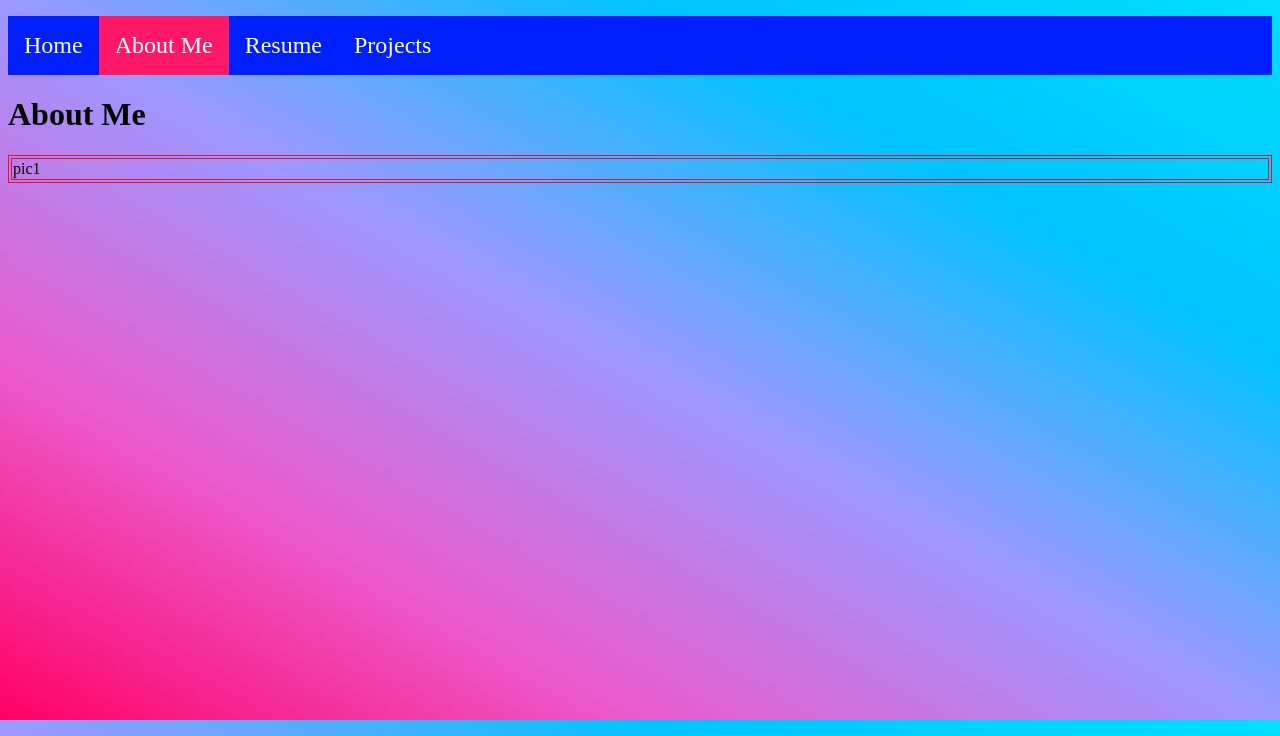
Repository: Zatarain10/Zatarain10.github.io
Page: aboutme.html
The author's editor kept a record of every edit. The page is drawn from the files as they stood at one moment, then again after the next edit.
The browser window is 1280 px wide. The pictures show the whole page.

Above is the page before.

### aboutme.html
<!DOCTYPE html>
<html>
    <head>
    <title>About Me</title>
    <link rel="stylesheet" type="text/css" href="style.css">

    </head>
    <body>
        <ul class="navbar">
            <li><a href="/index.html">Home</a></li>
            <li class="active"><a href="aboutme.html">About Me</a></li>
            <li><a href="resume.html">Resume</a></li>
            <li class="dropdown">
                <div>Projects</div>
                <ul class="dropdown-content">
                    <li><a href="project1.html">Project 1</a></li>
                    <li><a href="project2.html">Project 2</a></li>
                    <li><a href="project3.html">Project 3</a></li>
                </ul>
            </li>
        </ul>

        <h1>About Me</h1>

        <table border="1"; bordercolor="crimson"; width="100%">
            <tr>
                <td>pic1</th>
            </tr>
        </table>
    </body>
</html>

### style.css
        .navbar{
            list-style:none;
            background-color: #001fff;
            overflow:hidden;
            padding:0;
        }

        .navbar a, .dropdown div{
            text-decoration:none;
            color: white;
            font-size: 24px;
            padding: 16px;
            display:inline-block;
        }

        .navbar li{
            float:left;
        }

        .navbar li:hover{
            background-color:Cyan;
        }

        .dropdown-content{
            list-style:none;
            padding: 0;
            display:none;
            position:absolute;
            z-index:1;
            background-color: #001fff;
        }

        .dropdown-content li{
            float:none;
        }

        .dropdown:hover .dropdown-content{
            display:block;
        }

        .active{
            background-color: #ff1768;
        }

        html{
            height: 100%;
        }

        body{
            height: 100%;
            background-repeat: no-repeat;
            background-attachment: fixed;
            background: linear-gradient(to right top, #ff0064, #eb5acc, #9c98ff, #00c3ff, #00deff);
        }

After the next edit:
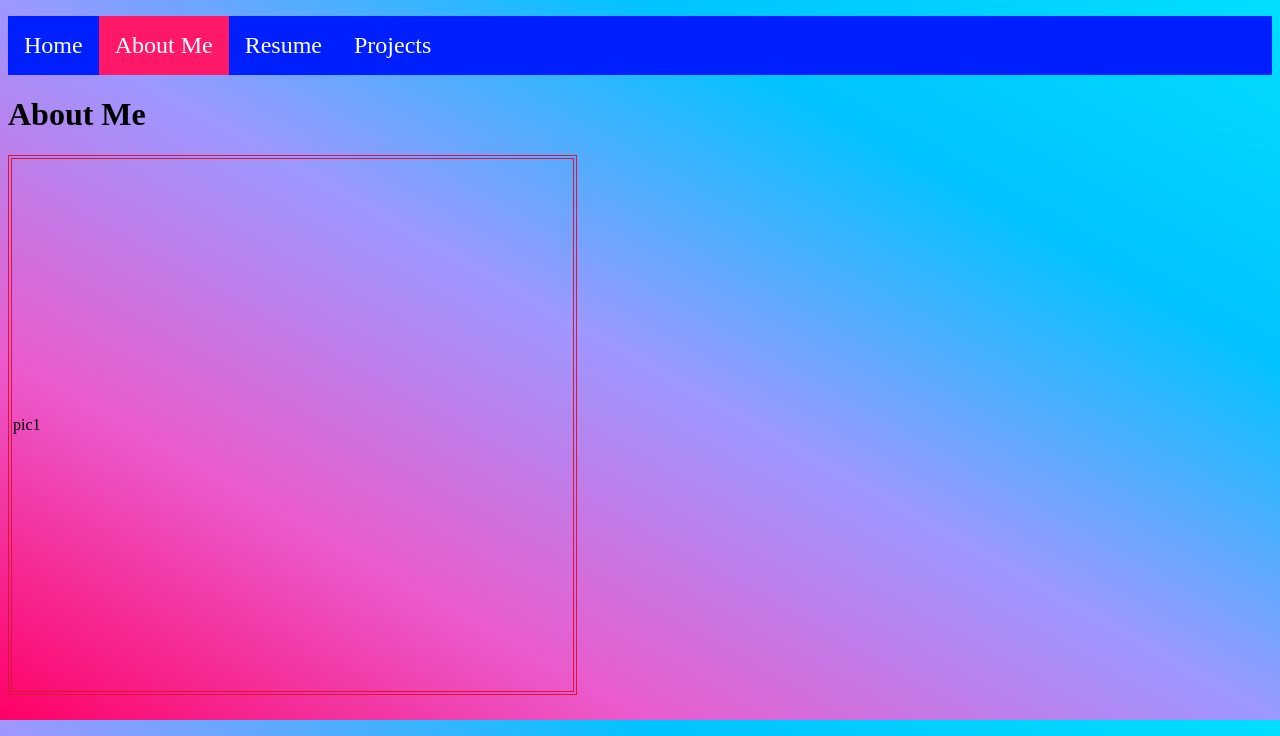
The edit:
--- a/aboutme.html
+++ b/aboutme.html
@@ -22,7 +22,7 @@
 
         <h1>About Me</h1>
 
-        <table border="1"; bordercolor="crimson"; width="100%">
+        <table border="1"; bordercolor="crimson"; width="45%"; height="75%";>
             <tr>
                 <td>pic1</th>
             </tr>
